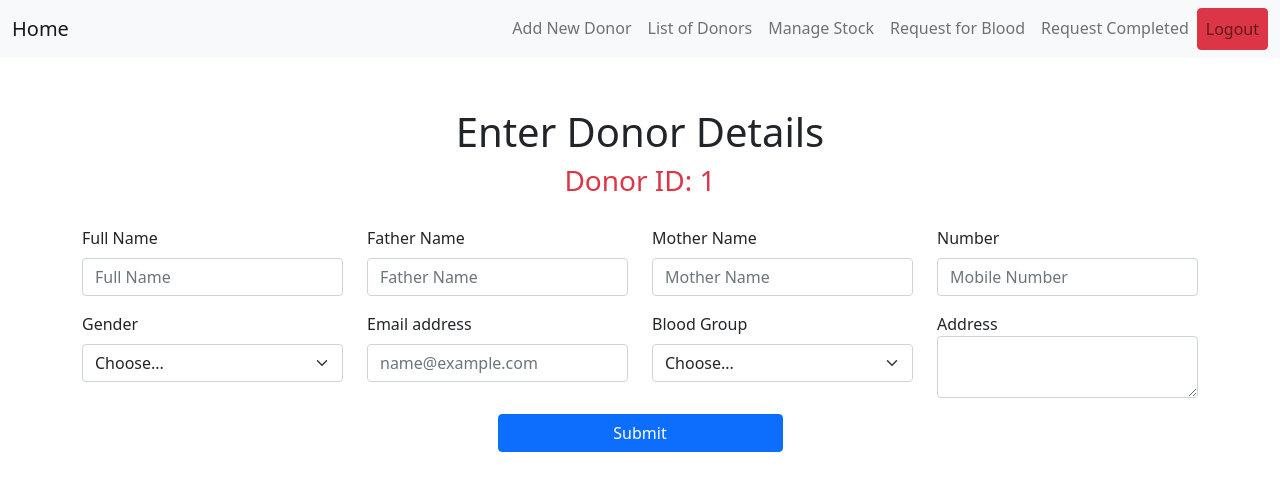
Repository: kshitizJ/Blood-Bank-Management-System-in-jsp
Page: http://localhost/Blood_Bank_Management_System/addNewDonor.jsp
An editor plug-in stored every save of this project. The page is shown before and after the next save, followed by the edit.
The browser window is 1280 px wide. The pictures show the whole page.
The page is served by Tomcat 9. Queries for data that is not in the repository find no rows.

Above is the page before, as saved 2021-04-28 09:39:23.

### Blood Bank Management System/WebContent/addNewDonor.jsp
<%@page import="java.text.SimpleDateFormat"%>
<%@page import="java.sql.*"%>
<%@page import="project.ConnectionProvider"%>
<%@include file="header.html"%>
<!DOCTYPE html>
<html lang="en">

<head>
<meta charset="UTF-8">
<meta http-equiv="X-UA-Compatible" content="IE=edge">
<meta name="viewport" content="width=device-width, initial-scale=1.0">
<style>
.container {
	margin-top: 50px;
}

.form {
	margin-top: 20px;
}
</style>
</head>

<body>
	<div class="container">
		<div class="row">
			<div class="col-12">
				<%
					String msg = request.getParameter("msg");
				if ("valid".equals(msg)) {
				%>
				<p class="text-centre text-danger">Your request was submitted
					successfully..</p>
				<%
					}
				if ("invalid".equals(msg)) {
				%>
				<p class="text-centre text-danger">Invalid data try again..</p>
				<%
					}
				%>
				<h1 class="text-center">Enter Donor Details</h1>
			</div>
			<div class="col-12">
				<%
					int id = 1;
				SimpleDateFormat simpleDateFormat = new SimpleDateFormat("dd-MM-yyyy");
				Date date = new Date(System.currentTimeMillis());
				try {
					Connection con = ConnectionProvider.getCon();
					Statement st = con.createStatement(ResultSet.TYPE_SCROLL_INSENSITIVE, ResultSet.CONCUR_READ_ONLY);
					ResultSet rs = st.executeQuery("select max(id) from donor;");
					if (rs.first()) {
						System.out.println();
						id = rs.getInt(1);
						id = id + 1;
					}
				%>
				<h3 class="text-center text-danger">
					Donor ID:
					<%
					out.print(id);
				%>
				</h3>
			</div>
			<%
				} catch (Exception e) {
			System.out.println(e.getMessage());
			}
			%>
			<div class="col-12">
				<form class="form row d-flex justify-content-center"
					action="addNewDonorAction.jsp" method="POST">
					<input type="hidden" class="form-control" name="id"
						value="<%out.print(id);%>">
					<div class="mb-3 col-md-3">
						<label for="name" class="form-label">Full Name</label> <input
							type="text" class="form-control" id="name" name="name"
							placeholder="Full Name">
					</div>
					<div class="mb-3 col-md-3">
						<label for="fname" class="form-label">Father Name</label> <input
							type="text" class="form-control" id="fname" name="fname"
							placeholder="Father Name">
					</div>
					<div class="mb-3 col-md-3">
						<label for="mname" class="form-label">Mother Name</label> <input
							type="text" class="form-control" id="mname" name="mname"
							placeholder="Mother Name">
					</div>
					<div class="mb-3 col-md-3">
						<label for="number" class="form-label">Number</label> <input
							type="text" class="form-control" id="number" name="number"
							placeholder="Mobile Number">
					</div>
					<div class="mb-3 col-md-3">
						<label for="gender" class="form-label">Gender</label> <select
							class="form-select" id="gender" name="gender">
							<option selected>Choose...</option>
							<option value="Male">Male</option>
							<option value="Female">Female</option>
							<option value="Others">Others</option>
						</select>
					</div>
					<div class="mb-3 col-md-3">
						<label for="email" class="form-label">Email address</label> <input
							type="email" class="form-control" id="email" name="email"
							placeholder="name@example.com">
					</div>
					<div class="mb-3 col-md-3">
						<label for="brgp" class="form-label">Blood Group</label> <select
							class="form-select" id="brgp" name="brgp">
							<option selected>Choose...</option>
							<option value="A+">A+</option>
							<option value="A-">A-</option>
							<option value="B+">B+</option>
							<option value="B-">B-</option>
							<option value="O+">O+</option>
							<option value="O-">O-</option>
							<option value="AB+">AB+</option>
							<option value="AB-">AB-</option>

						</select>
					</div>
					<div class="mb-3 col-md-3">
						<span class="form-label">Address</span>
						<textarea class="form-control" aria-label="With textarea"
							name="address"></textarea>
					</div>
					<input type="hidden" class="form-control"
						value="<%out.print(date);%>"
						name="date">
					<button type="submit" class="btn btn-primary col-3">Submit</button>
				</form>
			</div>
		</div>
	</div>
</body>

</html>

### Blood Bank Management System/WebContent/header.html
<!DOCTYPE html>
<html lang="en">
<head>
<meta charset="UTF-8">
<meta http-equiv="X-UA-Compatible" content="IE=edge">
<meta name="viewport" content="width=device-width, initial-scale=1.0">
<title>Admin Panel</title>
<link
	href="https://cdn.jsdelivr.net/npm/bootstrap@5.0.0-beta3/dist/css/bootstrap.min.css"
	rel="stylesheet"
	integrity="sha384-eOJMYsd53ii+scO/bJGFsiCZc+5NDVN2yr8+0RDqr0Ql0h+rP48ckxlpbzKgwra6"
	crossorigin="anonymous">
<link rel="stylesheet" href="style.css" type="text/css" media="screen">
</head>
<body>
	<nav class="navbar sticky-top navbar-expand-lg navbar-light bg-light">
		<div class="container-fluid">
			<a class="navbar-brand" href="home.jsp">Home</a>
			<button class="navbar-toggler" type="button"
				data-bs-toggle="collapse" data-bs-target="#navbarNav"
				aria-controls="navbarNav" aria-expanded="false"
				aria-label="Toggle navigation">
				<span class="navbar-toggler-icon"></span>
			</button>
			<div class="collapse navbar-collapse justify-content-end"
				id="navbarNav">
				<ul class="navbar-nav ">
					<li class="nav-item"><a class="nav-link"
						href="addNewDonor.jsp">Add New Donor</a></li>
					<li class="nav-item"><a class="nav-link"
						href="editDeleteList.jsp">List of Donors</a></li>
					<li class="nav-item"><a class="nav-link"
						href="manageStock.jsp">Manage Stock</a></li>
					<li class="nav-item"><a class="nav-link"
						href="requestForBlood.jsp">Request for Blood</a></li>
					<li class="nav-item"><a class="nav-link"
						href="requestCompleted.jsp">Request Completed</a></li>
					<li class="nav-item"><a class="nav-link btn btn-danger"
						href="adminLogin.jsp">Logout</a></li>
				</ul>
			</div>
		</div>
	</nav>
</body>
<script
	src="https://cdn.jsdelivr.net/npm/bootstrap@5.0.0-beta3/dist/js/bootstrap.bundle.min.js"
	integrity="sha384-JEW9xMcG8R+pH31jmWH6WWP0WintQrMb4s7ZOdauHnUtxwoG2vI5DkLtS3qm9Ekf"
	crossorigin="anonymous"></script>

</html>

### Blood Bank Management System/src/project/ConnectionProvider.java
package project;

import java.sql.*;

public class ConnectionProvider {
	public static Connection getCon() {
		try {
			Class.forName("com.mysql.cj.jdbc.Driver");
			Connection con = DriverManager.getConnection("jdbc:mysql://localhost:3306/Blood_Bank_Management_System",
					"root", "Kshitiz123@");
			return con;
		} catch (Exception e) {
			// TODO: handle exception
			System.out.println(e.getMessage());
			return null;
		}
	}
}

### Blood Bank Management System/WebContent/style.css
img {
	width: 100%;
	height: 500px;
}

.logo {
	width: 100px;
	height: 60px;
}

container-fluid {
	padding: 0;
}

After the next save:
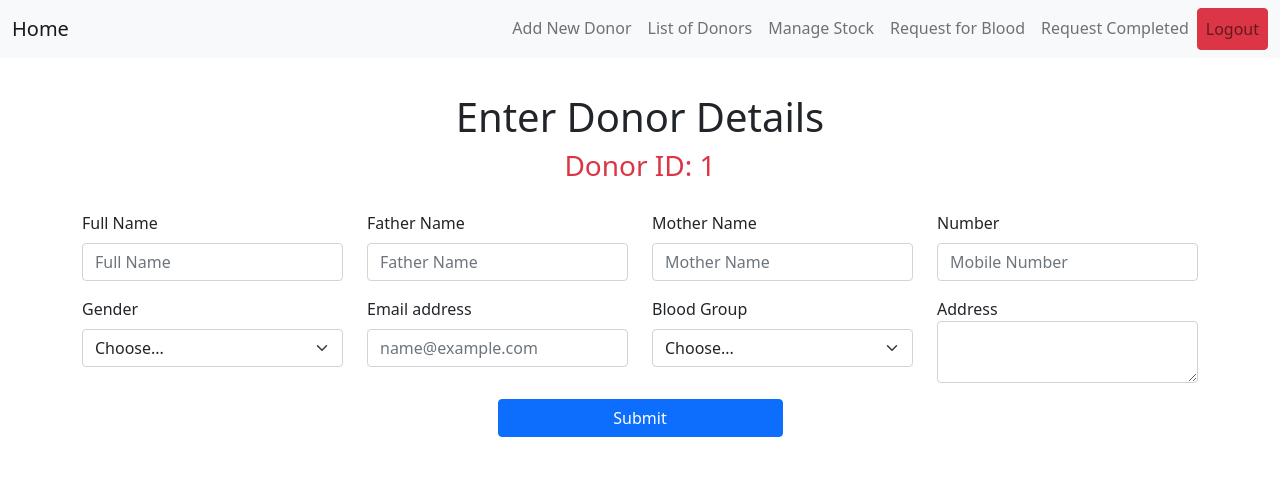
Saved 16 s later.
--- a/Blood Bank Management System/WebContent/addNewDonor.jsp
+++ b/Blood Bank Management System/WebContent/addNewDonor.jsp
@@ -11,7 +11,7 @@
 <meta name="viewport" content="width=device-width, initial-scale=1.0">
 <style>
 .container {
-	margin-top: 50px;
+	margin-top:35px;
 }
 
 .form {
